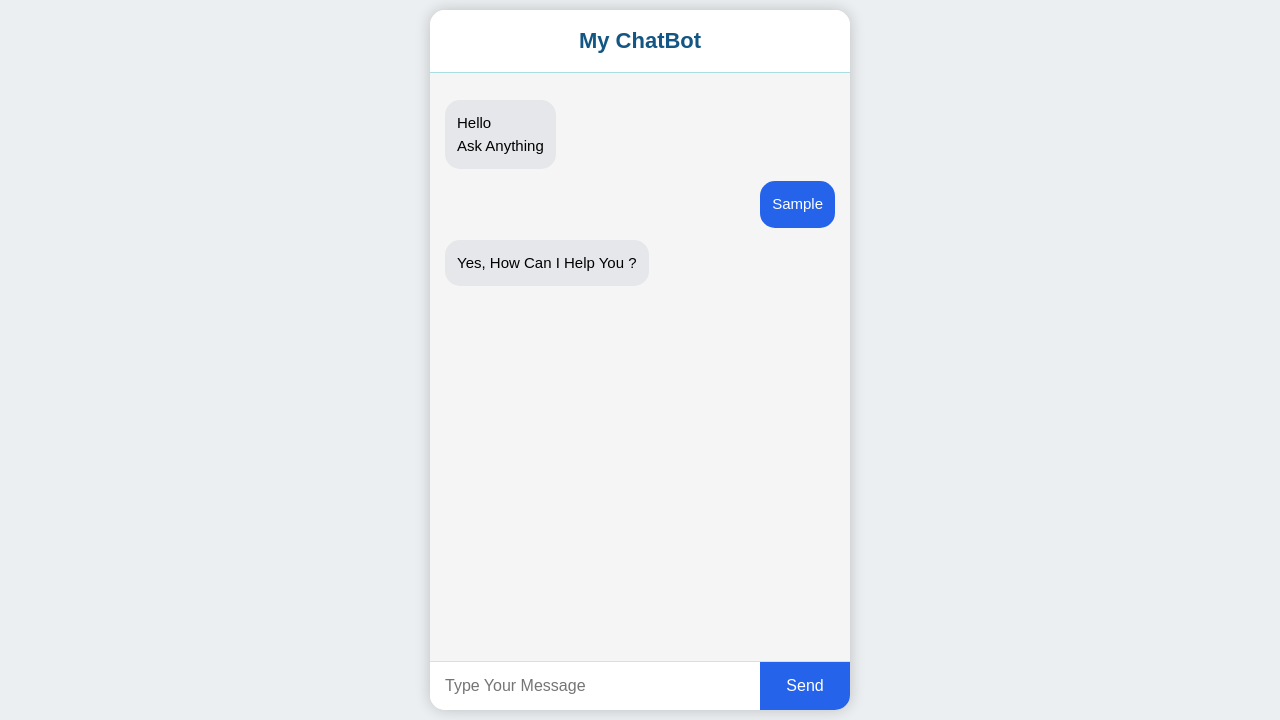
Repository: nt269782-web/Offline-ChatBot
Page: front.html
An editor plug-in stored every save of this project. The page is shown before and after a run of saves, followed by the edit.
The browser window is 1280 px wide. The pictures show the whole page.
Empty fields were first filled with sample values (such as "Sample", 5 or name@example.com).
After loading, the first visible `button` was clicked once.
The page's requests for data from a server got no answer.

Above is the page before, as saved 2026-07-11 11:29:23.

### front.html
<!DOCTYPE html>
<html lang="en">
<head>
    <meta charset="UTF-8">
    <meta name="viewport" content="width=device-width, initial-scale=1.0">
    <title>Document</title>
    <style>
        *{
            margin:0;
            padding:0;
        box-sizing:border-box;
        font-family:Arial,sans-serif;
        }

        body{
            background: #eceff1;
            display: flex;
            justify-content: center;
            align-items: center;
            height: 100vh;
        }
        .chat-container {
            width: 420px;
            height: 700px;
            overflow: hidden;
            display: flex;
            flex-direction: column;
            background:#fff;
            border-radius:15px;
            box-shadow:0 0 15px rgba(0,0,0,.2);


        }
        .header{
            background-color: rgb(255, 255, 255);
            color: #135683;
            text-align: center;
            font-size: 22px;
            font-weight: bold;
            padding: 18px;
            border-bottom: 1px solid #add;

        }


        .chat-box{
            flex: 1;
            overflow: auto;
            padding: 15px;
            background: #f5f5f5;



        }
        .message{
            display: flex;
            margin: 12px 0;

        }
        .bot{
            justify-content: flex-start;
        }

        .user{
            justify-content: flex-end;
        }



        .bubble{
            max-width: 75%;
            padding: 12px;
            border-radius: 15px;
            font-size: 15px;
            line-height: 1.5;
        }

        .bot .bubble{
            background:#e5e7eb;
            color:#000;
        }

        .user .bubble{
            background:#2563eb;
            color:#fff;
        }

        .input-area{
            display:flex;
            border-top:1px solid #ddd;
        }
        input{
            flex: 1;
            border: none;
            padding: 15px;
            outline: none;
            font-size: 16px;
        }

        button{
        width:90px;
        border:none;
        background:#2563eb;
        color:white;
        font-size:16px;
        cursor:pointer;
    }

        button:hover{
            background:#1d4ed8;
        }


    </style>
</head>

<body>
    <div class="chat-container">
        <div class="header">
            My ChatBot
        </div>

        <div class="chat-box" id="chatBox">
            <div class="message bot">
                <div class="bubble">
                    Hello <br>
                    Ask Anything

                </div>
            </div>
        </div>

    <div class="input-area">
        <input type="text" id="userInput" placeholder="Type Your Message">
        <button onclick="sendMessage()">Send</button>
    </div>




    <script src="Java.js"></script>
</div>
</body>
</html>

### Java.js
const chatBox = document.getElementById("chatBox");

function sendMessage() {

    let input = document.getElementById("userInput");
    let text = input.value.trim();

    if (text === "") return;

    // User Message
    chatBox.innerHTML += `
        <div class="message user">
            <div class="bubble">${text}</div>
        </div>
    `;

    input.value = "";
    chatBox.scrollTop = chatBox.scrollHeight;

    // Backend Request
    fetch("http://localhost:8080/chat", {
        method: "POST",
        headers: {
            "Content-Type": "application/json"
        },
        body: JSON.stringify({
            message: text
        })
    })
    .then(response => response.json())
    .then(data => {

        chatBox.innerHTML += `
            <div class="message bot">
                <div class="bubble">
                    ${data.reply}
                </div>
            </div>
        `;

        chatBox.scrollTop = chatBox.scrollHeight;

    })
    .catch(error => {

        chatBox.innerHTML += `
            <div class="message bot">
                <div class="bubble">
                    Yes,
                    How Can I Help You ?
                </div>
            </div>
        `;

        console.error(error);

    });

}

document.getElementById("userInput").addEventListener("keypress", function (e) {
    if (e.key === "Enter") {
        sendMessage();
    }
});

After the next 2 saves:
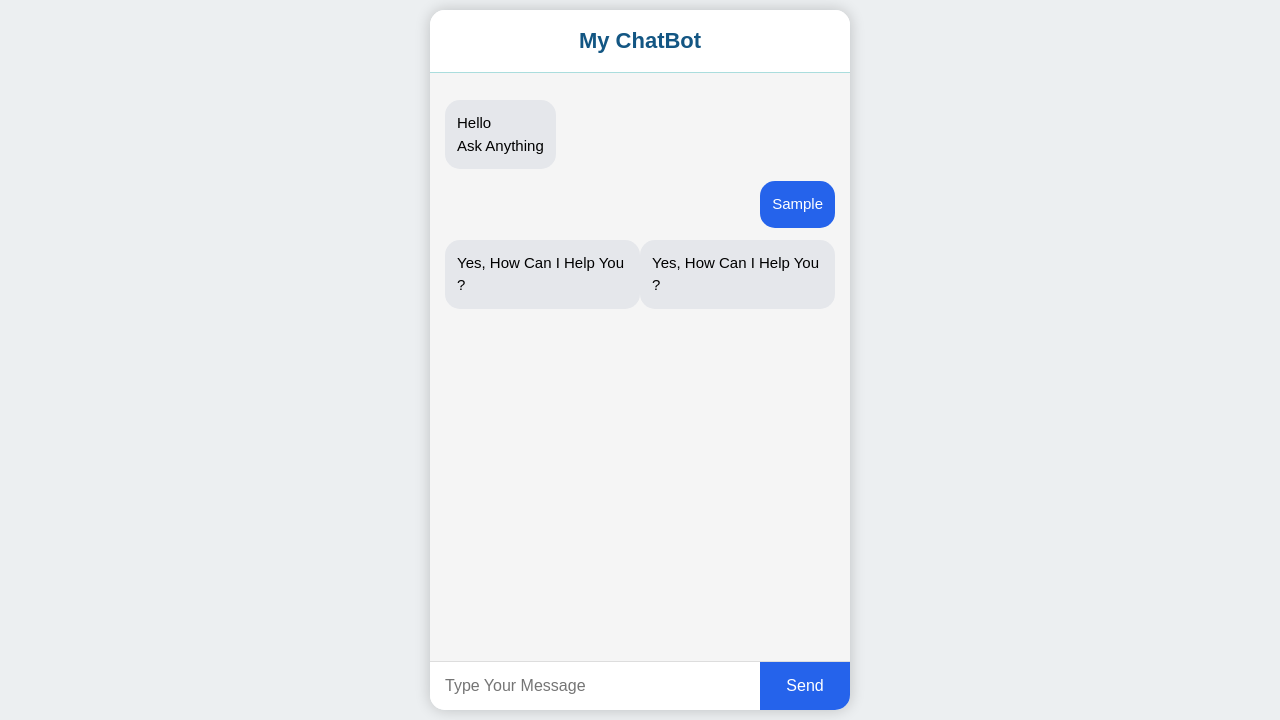
The 2 saves are shown as one change because they came seconds apart.
The last was saved 3 min 12 s later.
--- a/Java.js
+++ b/Java.js
@@ -49,6 +49,10 @@ function sendMessage() {
                     Yes,
                     How Can I Help You ?
                 </div>
+                <div class="bubble">
+                    Yes,
+                    How Can I Help You ?
+                </div>
             </div>
         `;
 
